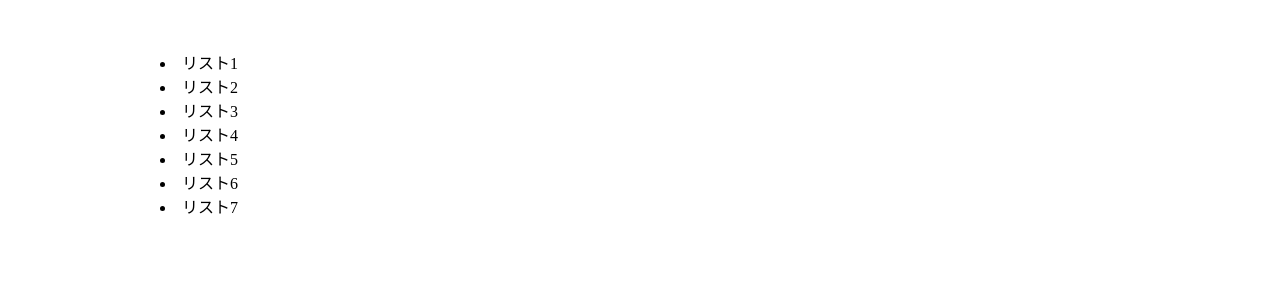
Repository: alamsamiha/html_css
Page: chapter8_exercise/ch8.html
The author's editor kept a record of every edit. The page is drawn from the files as they stood at one moment, then again after the next edit.
The browser window is 1280 px wide. The pictures show the whole page.

Above is the page before.

After the next edit:
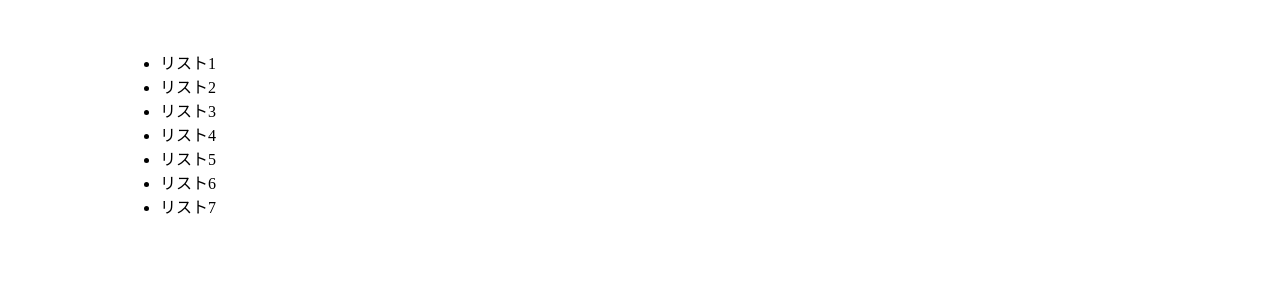
The edit:
--- a/chapter8_exercise/ch8.html
+++ b/chapter8_exercise/ch8.html
@@ -8,7 +8,7 @@
 
   <body>
     <main>
-      <div class="item-list">
+      <ul class="item-list">
         <li class="item">リスト1</li>
         <li class="item">リスト2</li>
         <li class="item">リスト3</li>
